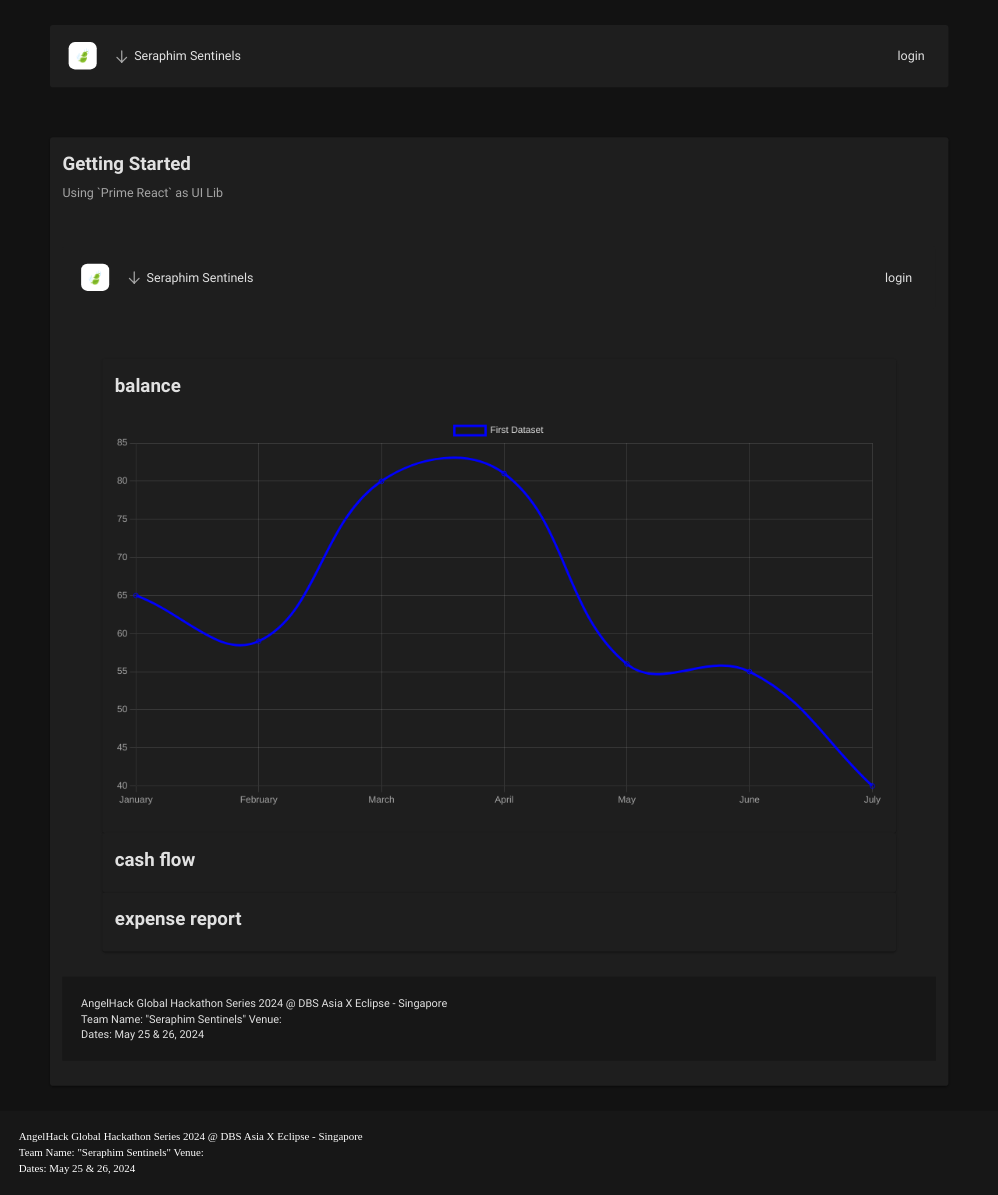
Repository: cheonglol/Seraphim-Sentinels
Page: /
These files come from the project's save history. The page is drawn as it stood at one moment and after the next save; the edit follows.
The browser window is 1280 px wide. The pictures show the whole page, at 78% of full size.
Some web fonts or font styles are not loaded; a fallback is used. The project was rebuilt for these pictures with package versions that can differ from the ones it lists, and the page was loaded fresh each time. Also part of the build but not shown: webpack.config.js, src/Views/Common/ErrorView.tsx.

Above is the page before, as saved 2024-05-25 14:34:12.

### src/global.css
@tailwind base;
@tailwind components;
@tailwind utilities;

/* lexend-latin-wght-normal */
@font-face {
    font-family: 'Lexend Variable';
    font-style: normal;
    font-display: swap;
    font-weight: 100 900;
    src: url(https://cdn.jsdelivr.net/fontsource/fonts/lexend:vf@latest/latin-wght-normal.woff2) format('woff2-variations');
    unicode-range: U+0000-00FF, U+0131, U+0152-0153, U+02BB-02BC, U+02C6, U+02DA, U+02DC, U+0300-0301, U+0303-0304, U+0308-0309, U+0323, U+0329, U+2000-206F, U+2074, U+20AC, U+2122, U+2191, U+2193, U+2212, U+2215, U+FEFF, U+FFFD;
}

/* azeret-mono-latin-wght-normal */
@font-face {
    font-family: 'Azeret Mono Variable';
    font-style: normal;
    font-display: swap;
    font-weight: 100 900;
    src: url(https://cdn.jsdelivr.net/fontsource/fonts/azeret-mono:vf@latest/latin-wght-normal.woff2) format('woff2-variations');
    unicode-range: U+0000-00FF, U+0131, U+0152-0153, U+02BB-02BC, U+02C6, U+02DA, U+02DC, U+0300-0301, U+0303-0304, U+0308-0309, U+0323, U+0329, U+2000-206F, U+2074, U+20AC, U+2122, U+2191, U+2193, U+2212, U+2215, U+FEFF, U+FFFD;
}

@layer base {
    body {
        margin: 0;
        font-family: "Lexend Variable";
        -webkit-font-smoothing: antialiased;
        -moz-osx-font-smoothing: grayscale;
    }

    code {
        /* text-wrap: wrap; */
        word-wrap: break-word;
        font-family: "Azeret Mono Variable"
            monospace;
    }

    h1 {
        font-size: x-large;
    }

    h2 {
        font-size: larger;
    }

    h3 {
        font-size: large;
    }

    h4 {
        font-size: medium;
    }

    h6 {
        font-size: small;
    }
}

### src/Router/Router.ts
import { RouteObject, createBrowserRouter } from "react-router-dom";
import { ProtectedRoutes } from "./ProtectedRoutes";
import { LandingView } from "../Views/LandingView";

import { ErrorView } from "../Views/Common/ErrorView";
// import { ExternalReferredLoader } from "./RouteLoaders/ExternalReferredLoader";

export const router = createBrowserRouter([
    {
        path: "/",
        Component: LandingView,
        ErrorBoundary: ErrorView
    },
    {
        path: "/games"
    },
    ...ProtectedRoutes.map((route: RouteObject) => {
        return route;
    }),
]);

### src/Router/ProtectedRoutes.ts
import { RouteObject } from "react-router-dom";

export const ProtectedRoutes: RouteObject[] = [{ path: "/feed" }];

### src/Views/LandingView.tsx
import { Card } from "primereact/card";
import { BasicLayout } from "../Layouts/Base/BasicLayout";
import RetirementPlanDashboard from "./RetirementPlanDashboard";

// TODO: move each post as its own component under `src\Components\blog` so i dont make this fucking landing page SO LONG TO READ wtf

export const LandingView = () => {
  return (
    <BasicLayout
      mainContent={
        <div className="grid grid-cols-1 sm:grid-cols-0 gap-4 max-w-[90vw] m-auto">
          <Card
            title="Getting Started"
            subTitle="Using `Prime React` as UI Lib"
          >
            <RetirementPlanDashboard />
          </Card>
        </div>
      }
    />
  );
};

### src/Layouts/Base/BasicLayout.tsx
import React from "react";
import { HeaderNav } from "../../Components/Navigational/HeaderNav";
import { Footer } from "../../Components/Navigational/Footer";

interface Props {
  headerContent?: any | undefined;
  mainContent: any;
  footerContent?: any;
}

export const BasicLayout = ({
  headerContent,
  mainContent,
  footerContent,
}: Props) => {
  const defaultHeader = <HeaderNav />;
  const defaultFooter = <Footer />;

  return (
    <>
      <header className="py-4">
        {!headerContent ? defaultHeader : headerContent}
      </header>
      <main className="py-8 px-[4vw] min-h-screen ">{mainContent}</main>
      <footer>{!footerContent ? defaultFooter : footerContent}</footer>
    </>
  );
};

### src/Views/RetirementPlanDashboard.tsx
import React from "react";
import { BasicLayout } from "../Layouts/Base/BasicLayout";
import { Card } from "primereact/card";
import { LineChart } from "../Components/RetirementPlanDashboard/LineChart";
import { LineChartData } from "../Components/RetirementPlanDashboard/LineChartData";

    const data: LineChartData = {
      labels: ["January", "February", "March", "April", "May", "June", "July"],
      datasets: [
        {
          label: "First Dataset",
          data: [65, 59, 80, 81, 56, 55, 40],
          fill: false,
          borderColor: "blue",
          tension: 0.4,
        },
      ],
    };

export const RetirementPlanDashboard = () => {
  return (
    <BasicLayout
      mainContent={
        <>
          <Card title="balance">
            <LineChart lineChartData={data}/>
          </Card>

          <Card title="cash flow"></Card>
          <Card title="expense report"></Card>
        </>
      }
    />
  );
};

export default RetirementPlanDashboard;

### src/Components/Navigational/HeaderNav.tsx
import { PrimeIcons } from "primereact/api";
import { Menubar } from "primereact/menubar";
import { MenuItem } from "primereact/menuitem";
import { LoginSignupModalButton } from "./LoginSignUpModalButton";

export const HeaderNav = () => {
  const menuItems: MenuItem[] = [
    {
      label: "Seraphim Sentinels",
      icon: PrimeIcons.ARROW_DOWN,
      url: "/",
    },
  ];

  return (
    <div className="py-4 max-w-[90vw] m-auto">
      <Menubar
        start={
          <a
            className="m-2 font-mono text-blue-500 hover:font-semibold bg-white p-2 rounded-lg"
            href="/"
          >
            🍃
          </a>
        }
        end={<LoginSignupModalButton />}
        model={menuItems}
        className="p-4"
      />
    </div>
  );
};

### src/Components/Navigational/Footer.tsx
export const Footer = () => {
  return (
    <div className="p-6 bg-neutral-900 text-left text-sm">
      AngelHack Global Hackathon Series 2024 @ DBS Asia X Eclipse - Singapore
      <br /> Team Name: "Seraphim Sentinels" Venue:
      <br /> Dates: May 25 & 26, 2024
    </div>
  );
};

### src/Components/RetirementPlanDashboard/LineChart.tsx
import React, { useState, useEffect } from "react";
import { Chart } from "primereact/chart";
import { LineChartData } from "./LineChartData";

interface Props {
  lineChartData: LineChartData;
}

export const LineChart = ({ lineChartData }: Props) => {
  const [chartData, setChartData] = useState({});
  const [chartOptions, setChartOptions] = useState({});

  useEffect(() => {
    const documentStyle = getComputedStyle(document.documentElement);
    const textColor = documentStyle.getPropertyValue("--text-color");
    const textColorSecondary = documentStyle.getPropertyValue(
      "--text-color-secondary"
    );
    const surfaceBorder = documentStyle.getPropertyValue("--surface-border");
    const options = {
      maintainAspectRatio: false,
      aspectRatio: 0.6,
      plugins: {
        legend: {
          labels: {
            color: textColor,
          },
        },
      },
      scales: {
        x: {
          ticks: {
            color: textColorSecondary,
          },
          grid: {
            color: surfaceBorder,
          },
        },
        y: {
          ticks: {
            color: textColorSecondary,
          },
          grid: {
            color: surfaceBorder,
          },
        },
      },
    };

    setChartData(lineChartData);
    setChartOptions(options);
  }, []);

  return (
    <div className="card">
      <Chart type="line" data={chartData} options={chartOptions} />
    </div>
  );
};

### src/Components/Navigational/LoginSignUpModalButton.tsx
import React, { useState } from "react";
import { Dialog } from "primereact/dialog";
import { Button } from "primereact/button";
import { TabView, TabPanel } from "primereact/tabview";
import { InputText } from "primereact/inputtext";

export const LoginSignupModalButton = () => {
  const [loginModalVisible, setLoginModalVisible] = useState<boolean>(false);
  return (
    <>
      <Button label="login" onClick={() => setLoginModalVisible(true)} />
      <Dialog
        showHeader={false}
        visible={loginModalVisible}
        onHide={() => setLoginModalVisible(false)}
        className="min-h-[35vh]"
      >
        <TabView>
          <TabPanel header="login">
            <div className="flex flex-col gap-4">
              <InputText
                id="email"
                type="email"
                placeholder="Email"
                className="p-2"
              />
              <InputText
                id="password"
                type="password"
                placeholder="Password"
                className="p-2"
              />
            </div>
          </TabPanel>
          <TabPanel header="sign up"></TabPanel>
        </TabView>
      </Dialog>
    </>
  );
};

### tailwind.config.js
/** @type {import('tailwindcss').Config} */
module.exports = {
  content: ["./src/**/*.{html,js,jsx,ts,tsx,css}"],
  theme: {
    extend: {},
  },
  plugins: [],
};

Loaded but not shown: public/index.html (common file); src/index.tsx (common file); src/App.tsx (common file); src/serviceWorkerRegistration.ts (common file)

After the next save:
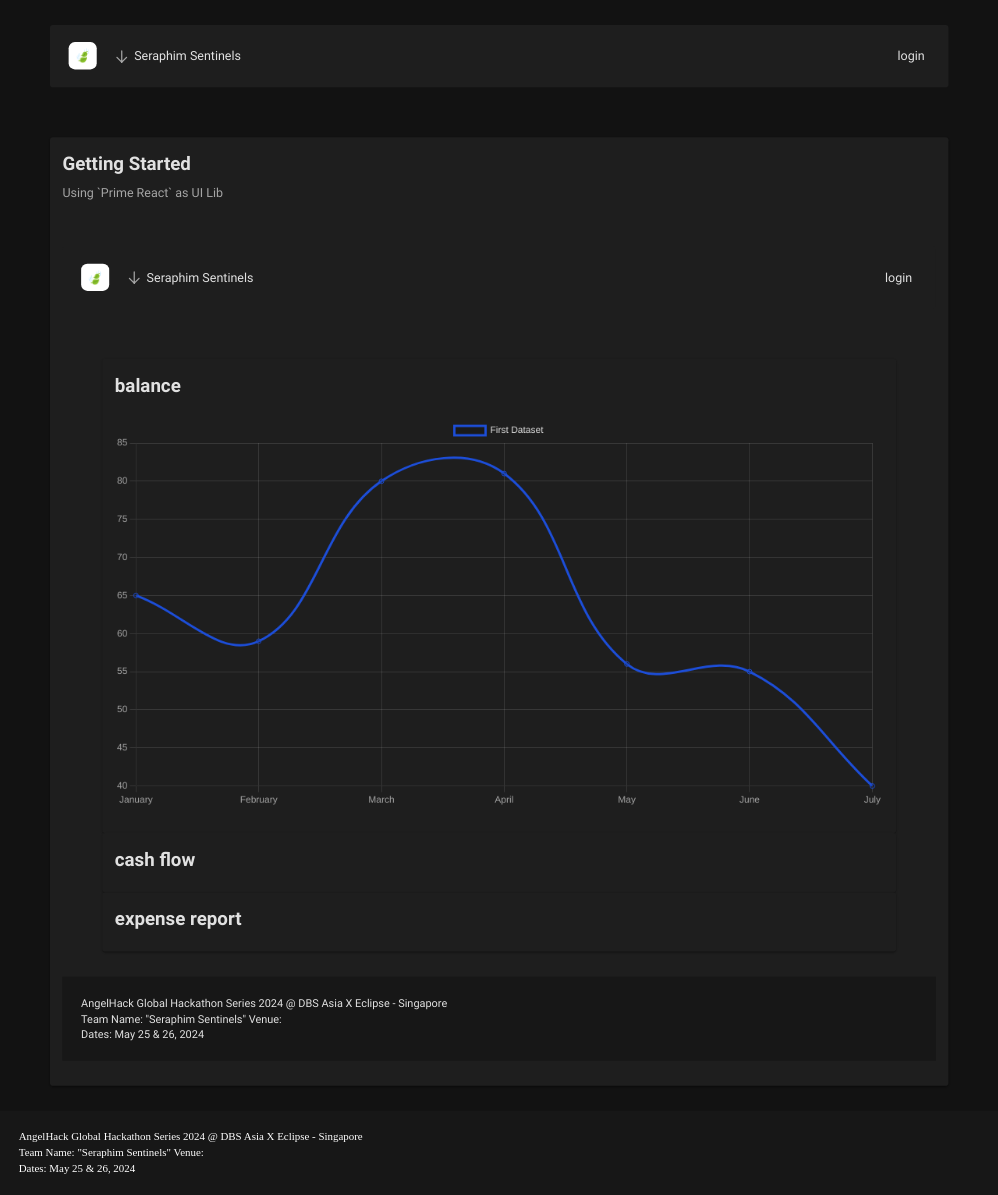
Saved 38 s later.
--- a/src/Views/RetirementPlanDashboard.tsx
+++ b/src/Views/RetirementPlanDashboard.tsx
@@ -11,7 +11,7 @@ import { LineChartData } from "../Components/RetirementPlanDashboard/LineChartDa
           label: "First Dataset",
           data: [65, 59, 80, 81, 56, 55, 40],
           fill: false,
-          borderColor: "blue",
+          borderColor: "#1d4ed8",
           tension: 0.4,
         },
       ],
